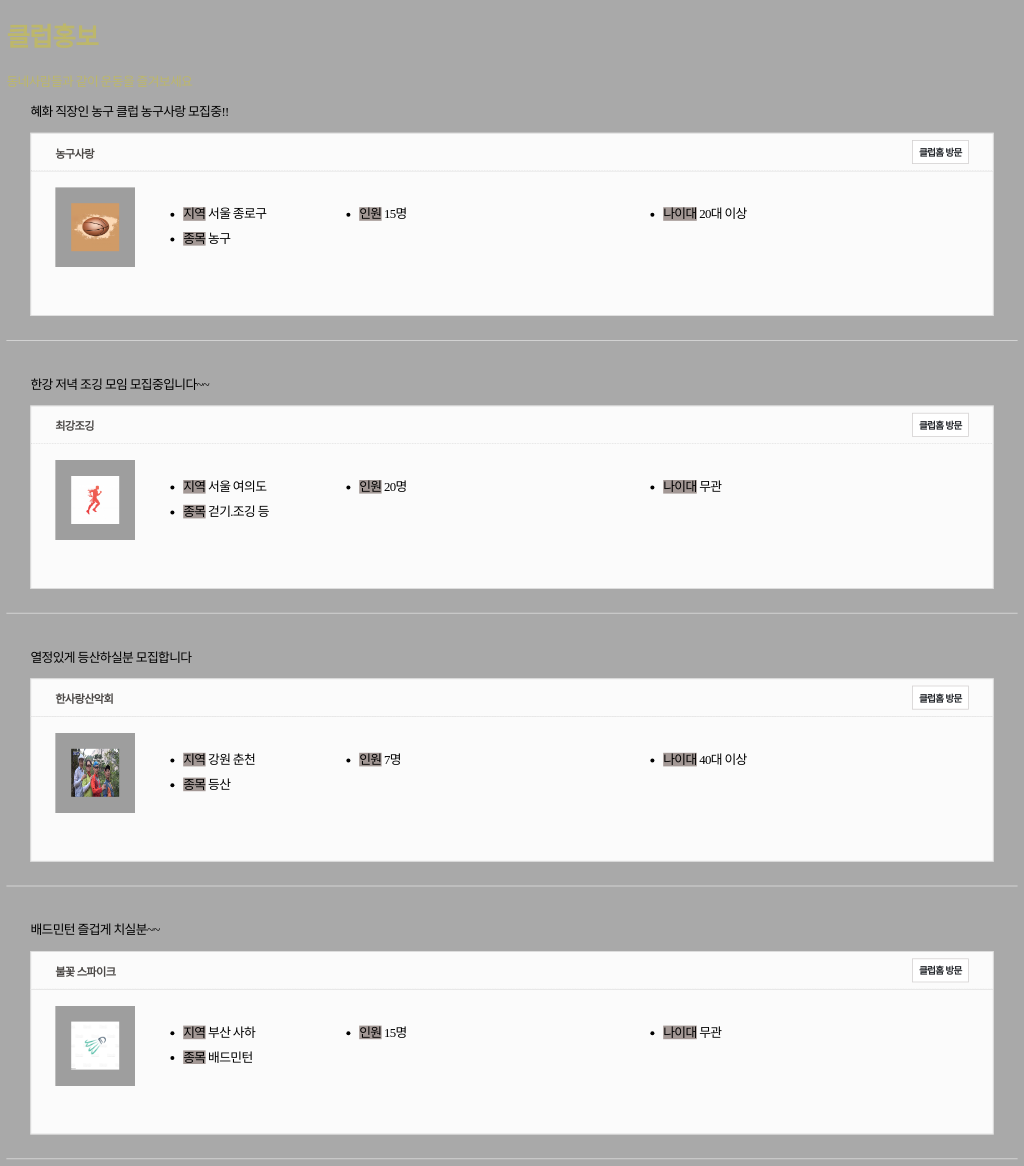
Repository: jaemin333/study
Page: club.html
An editor plug-in stored every save of this project. The page is shown before and after the next save, followed by the edit.
The browser window is 1280 px wide. The pictures show the whole page, at 80% of full size.
Pictures or frames that could not be fetched are drawn as grey boxes.

Above is the page before, as saved 2021-07-02 22:01:24.

### club.html
<!DOCTYPE html>
<html lang="ko">
<head>
    <meta charset="UTF-8">
    <meta http-equiv="X-UA-Compatible" content="IE=edge">
    <meta name="viewport" content="width=device-width, initial-scale=1.0">
    <link rel ="stylesheet" type = "text/css" href = "style.css">
    <title>club</title>
</head>
<body>
    <div class="title">
        <h1 class="h1">클럽홍보</h1>
        <span class = "sentence">동네사람들과 같이 운동을 즐겨보세요</span>
    </div>

    <div class = "clubList">
    <div class = "clubBox">
        <p class = "clubTip">
            <a>혜화 직장인 농구 클럽 농구사랑 모집중!!</a>
        </p>
    <div class ="cbClubName">
        <a>농구사랑</a>
        <a class ="iButton">클럽홈 방문</a>
    </div>

    <div class ="cbInfo">
        <div class="cbMark">
            <span class="clubmark">
                <img src = "bask.png" width="60" height=60">
        </div>
    <ul>
        <li>
            <span class = "info dark">지역</span>
             서울 종로구
        </li>
        <li style = "width:380px;">
            <span class = "info dark">인원</span>
             15명
        </li>
        <li style = "width:380px;">
            <span class = "info dark">나이대</span>
             20대 이상
        </li>
        <li style = "width:380px;">
            <span class = "info dark">종목</span>
             농구
        </li>
    </ul>
    </div>
    </div>
    </div>

    <div class = "clubList">
        <div class = "clubBox">
            <p class = "clubTip">
                <a>한강 저녁 조깅 모임 모집중입니다~~</a>
            </p>
        <div class ="cbClubName">
            <a>최강조깅</a>
            <a class ="iButton">클럽홈 방문</a>
        </div>

        <div class ="cbInfo">
            <div class="cbMark">
                <span class="clubmark">
                    <img src = "run.jpg" width="60" height="60">
            </div>
        <ul>
            <li>
                <span class = "info dark">지역</span>
                 서울 여의도
            </li>
            <li style = "width:380px;">
                <span class = "info dark">인원</span>
                 20명
            </li>
            <li style = "width:380px;">
                <span class = "info dark">나이대</span>
                 무관
            </li>
            <li style = "width:380px;">
                <span class = "info dark">종목</span>
                 걷기.조깅 등
            </li>
        </ul>
        </div>
        </div>
        </div>

        <div class = "clubList">
            <div class = "clubBox">
                <p class = "clubTip">
                    <a>열정있게 등산하실분 모집합니다</a>
                </p>
            <div class ="cbClubName">
                <a>한사랑산악회</a>
                <a class ="iButton">클럽홈 방문</a>
            </div>

            <div class ="cbInfo">
                <div class="cbMark">
                    <span class="clubmark">
                        <img src = "hike.png" width="60" height="60">
                </div>
            <ul>
                <li>
                    <span class = "info dark">지역</span>
                     강원 춘천
                </li>
                <li style = "width:380px;">
                    <span class = "info dark">인원</span>
                     7명
                </li>
                <li style = "width:380px;">
                    <span class = "info dark">나이대</span>
                     40대 이상
                </li>
                <li style = "width:380px;">
                    <span class = "info dark">종목</span>
                     등산
                </li>
            </ul>
            </div>
            </div>
            </div>


            <div class = "clubList">
                <div class = "clubBox">
                    <p class = "clubTip">
                        <a>배드민턴 즐겁게 치실분~~</a>
                    </p>
                <div class ="cbClubName">
                    <a>불꽃 스파이크</a>
                    <a class ="iButton">클럽홈 방문</a>
                </div>

                <div class ="cbInfo">
                    <div class="cbMark">
                        <span class="clubmark">
                            <img src = "badminton.jpg" width="60" height="60">
                    </div>
                <ul>
                    <li>
                        <span class = "info dark">지역</span>
                         부산 사하
                    </li>
                    <li style = "width:380px;">
                        <span class = "info dark">인원</span>
                         15명
                    </li>
                    <li style = "width:380px;">
                        <span class = "info dark">나이대</span>
                         무관
                    </li>
                    <li style = "width:380px;">
                        <span class = "info dark">종목</span>
                         배드민턴
                    </li>
                </ul>
                </div>
                </div>
                </div>








</body>
</html>

### style.css
div {
    display:block;
}



body {
    background-color: darkgray;
    word-break: break-all;
    -ms-word-break: break-all;
    letter-spacing: -0.050em;
}


.clubBox{
    position: relative;
    padding: 25px 30px 30px 30px;
    border-bottom: 1px solid #dddddd;
}


ul{
    display: block;
    margin-block-start: 1em;
    margin-block-end: 1em;
    margin-inline-start: 0px;
    margin-inline-end: 0px;
    padding-inline-start: 40px;
}

.clubBox li .info.dark{
    background-color: #a39895;
}

.iButton {
    display: inline-block;
    height: 18px;
    padding: 5px 8px;
    font-size: 12px;
    font-weight: bold;
    color: #24272c;
    text-align: center;
    background-color: white;
    border: 1px solid #d4d1d1;
}

.clubBox .iButton {
    position: absolute;
    top: 8px;
    right: 30px;
}

li {
    display: list-item;
    text-align: -webkit-match-parent;
}

.clubBox .cbInfo li {
    float: left;
    width: 220px;
    margin: 4px 0 3px 0;
    font-size: 16px;
    color: black;
}

.cbClubName {
    padding-bottom: 10px;
}

.clubBox .cbInfo {
    position: relative;
    padding: 20px;
    padding-left: 150px;
    border: 1px solid #dadada;
    border-top: 0;
    background-color: #fbfbfb;
    height:140px;
}

.clubBox .clubTit {
    margin-bottom: 15px;
    font-size: 16px;
    font-weight: bold;
    color: black;
}

p {
    display: block;
    margin-block-start: 1em;
    margin-block-end: 1em;
    margin-inline-start: 0px;
    margin-inline-end: 0px;
}

.clubBox .cbClubName {
    position: relative;
    padding: 14px 30px 12px 30px;
    font-size: 14px;
    font-weight: bold;
    color: #4b4846;
    border: 1px solid #dadada;
    border-bottom: 1px dotted #dddddd;
    background-color: #fbfbfb;
}

.clubBox .cbMark {
    position: absolute;
    top: 20px;
    left: 30px;
    background: url(https://img.sa.nexon.com/assets/clan/clamark_bg.jpg) no-repeat;
    width: 60px;
    height: 60px;
    padding: 20px 20px;
}

.clubTip a {
    color: black;
    text-decoration: none;
}

.title {
    position: relative;
    height: 39px;
    margin: 0 0 25px 0;
    font-size: 16px;
    color: darkkhaki;
}

After the next save:
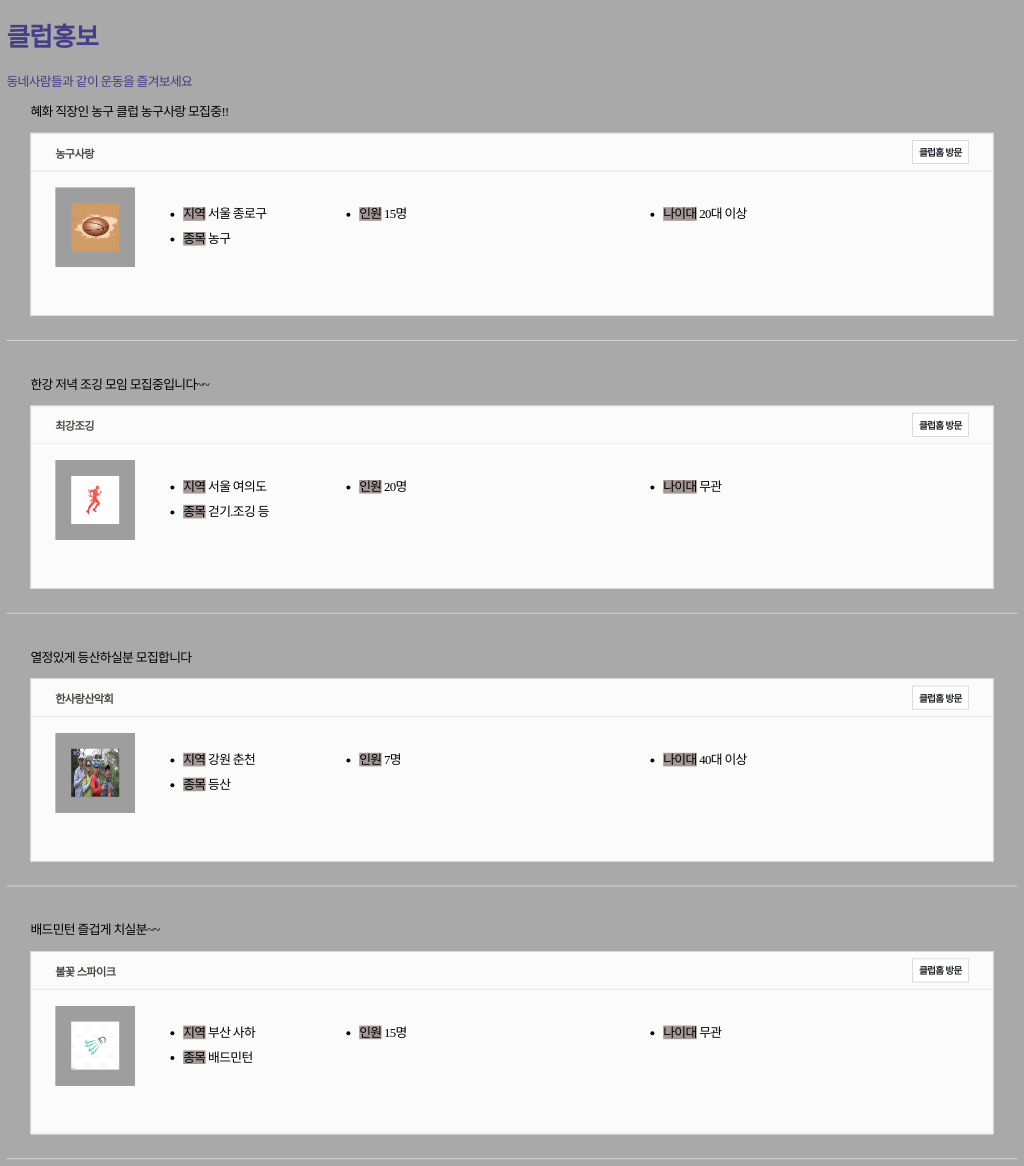
Saved 10 s later.
--- a/style.css
+++ b/style.css
@@ -123,5 +123,5 @@ p {
     height: 39px;
     margin: 0 0 25px 0;
     font-size: 16px;
-    color: darkkhaki;
+    color: darkslateblue;
 }
